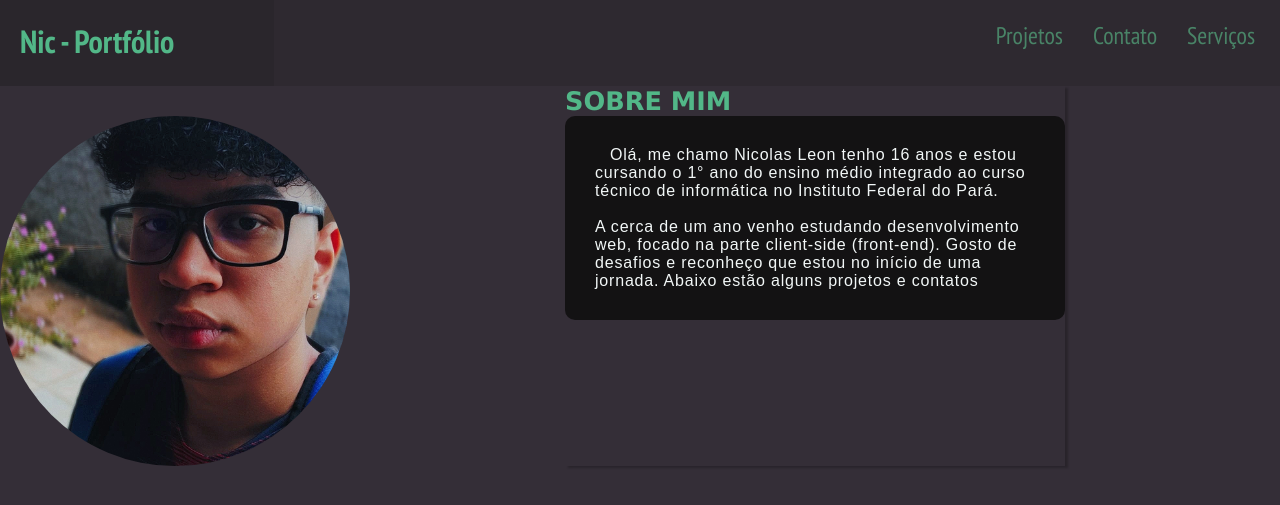
Repository: Leonngc/portfolio
Page: index.html
The author's editor kept a copy of each file at every save. The page is drawn from the files as they stood at one save, then again after the next save.
The browser window is 1280 px wide. The pictures show the whole page.

Above is the page before, as saved 2022-12-02 23:21:46.

After the next save:
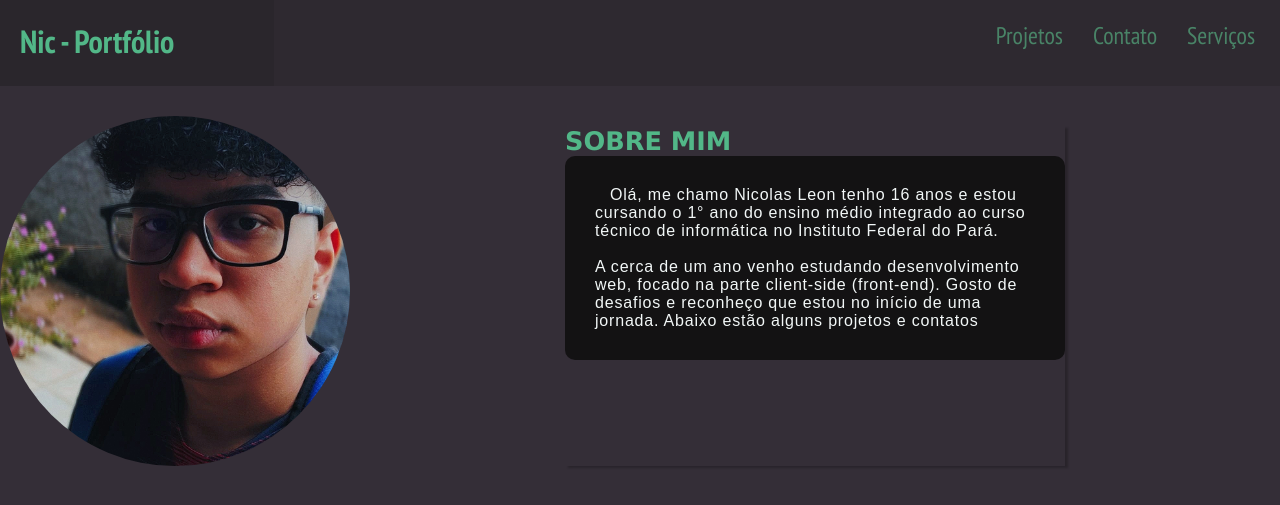
Saved 10 s later.
--- a/home.css
+++ b/home.css
@@ -83,7 +83,7 @@
 
 section.text{
     margin: 0 auto;
-    margin-top: 0px;
+    margin-top: 40px;
     width: 500px;
     box-shadow: 3px 2px 2px rgba(0, 0, 0, 0.224);
 }
